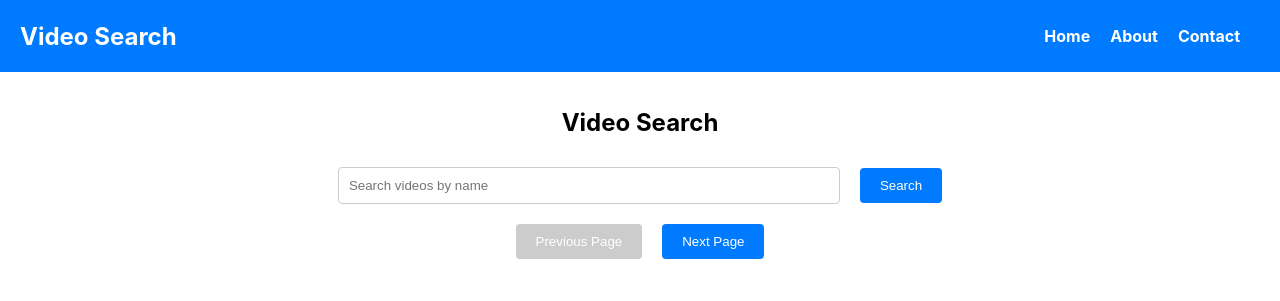
Repository: LolaSL/video-search
Page: /
These files come from the project's save history. The page is drawn as it stood at one moment and after a run of saves; the edit follows.
The browser window is 1280 px wide. The pictures show the whole page.
The project was rebuilt for these pictures with package versions that can differ from the ones it lists, and the page was loaded fresh each time.

Above is the page before, as saved 2023-08-12 13:23:38.

After the next 2 saves:
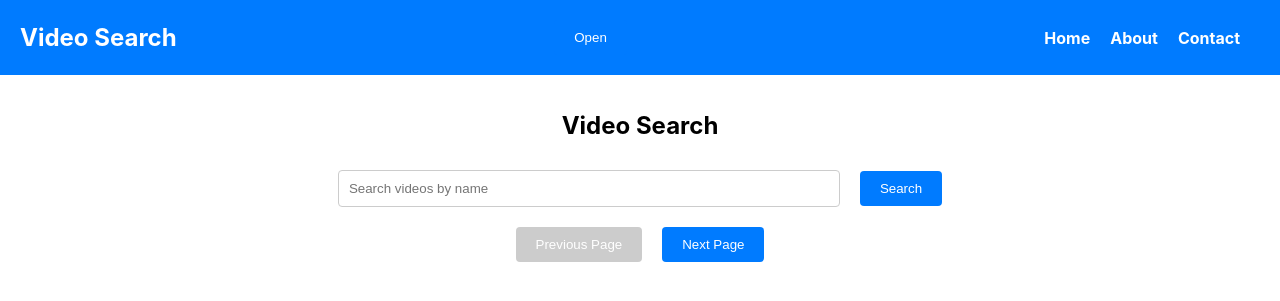
The 2 saves are shown as one change because 1 did not build or start.
The last was saved 101 s later.
--- a/src/Navbar.jsx
+++ b/src/Navbar.jsx
@@ -1,21 +1,30 @@
-import React from 'react';
-import { Link } from 'react-router-dom';
+import React, { useState } from 'react';
+
 
 const Navbar = () => {
+  const [isNavOpen, setIsNavOpen] = useState(false);
+
+  const toggleNav = () => {
+    setIsNavOpen(!isNavOpen);
+  };
+
   return (
     <nav className="navbar">
       <div className="navbar-brand">
         <span className="navbar-logo">Video Search</span>
       </div>
-      <ul className="navbar-nav">
+      <button className="nav-toggle" onClick={toggleNav}>
+        {isNavOpen ? 'Close' : 'Open'}
+      </button>
+      <ul className={`navbar-nav ${isNavOpen ? 'open' : ''}`}>
         <li className="nav-item">
-          <Link to="/" className="nav-link">Home</Link>
+          <a href="/" className="nav-link">Home</a>
         </li>
         <li className="nav-item">
-          <Link to="/about" className="nav-link">About</Link>
+          <a href="/about" className="nav-link">About</a>
         </li>
         <li className="nav-item">
-          <Link to="/contact" className="nav-link">Contact</Link>
+          <a href="/contact" className="nav-link">Contact</a>
         </li>
       </ul>
     </nav>
